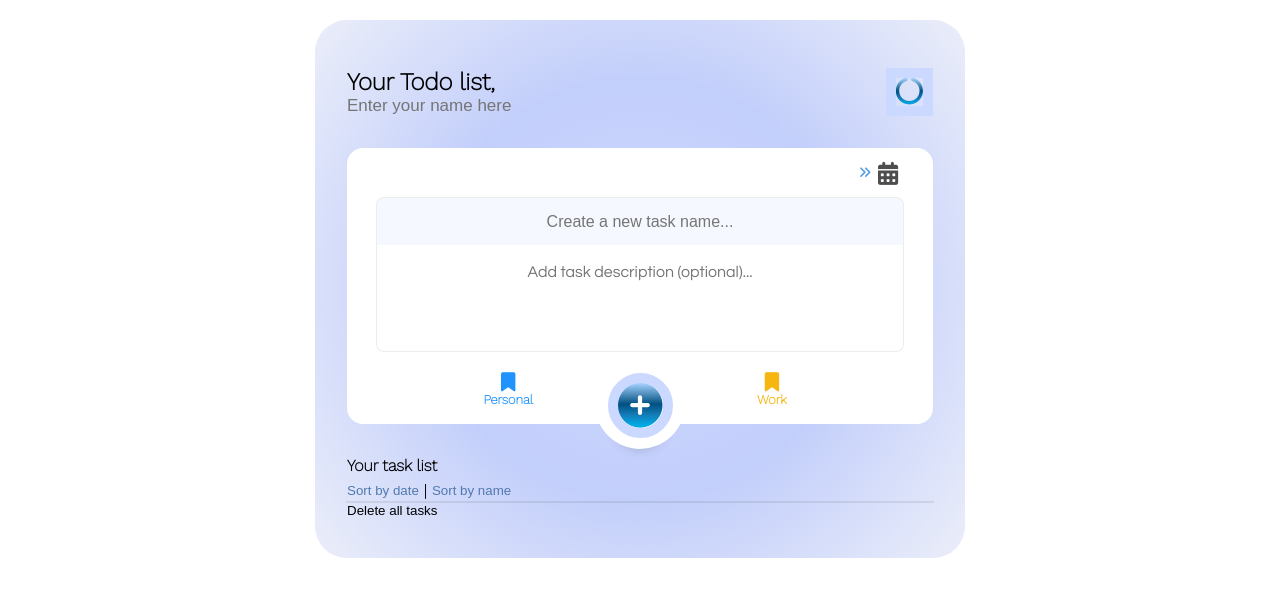
Repository: WesleyErasmus/Todo-App
Page: todoApp.html
These files come from the project's save history. The page is drawn as it stood at one moment and after the next save; the edit follows.
The browser window is 1280 px wide. The pictures show the whole page.
Some web libraries are served in a nearby version.

Above is the page before, as saved 2022-06-26 20:20:03.

After the next save:
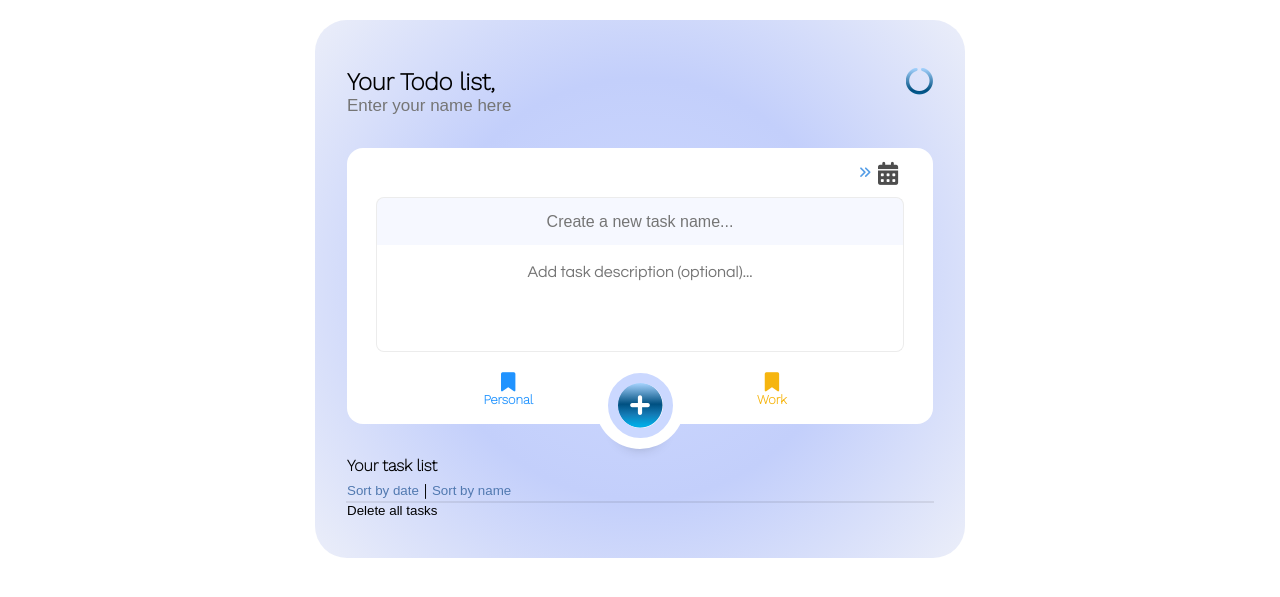
Saved 10 s later.
--- a/css/todoApp.css
+++ b/css/todoApp.css
@@ -143,7 +143,7 @@ header {
   background: var(--primary-gradient);
   -webkit-background-clip: text;
   -webkit-text-fill-color: transparent;
-  border: 10px solid #cbd8ff;
+  /* border: 10px solid #cbd8ff; */
 }
 .app-heading {
     font-family: "Work Sans", sans-serif;
